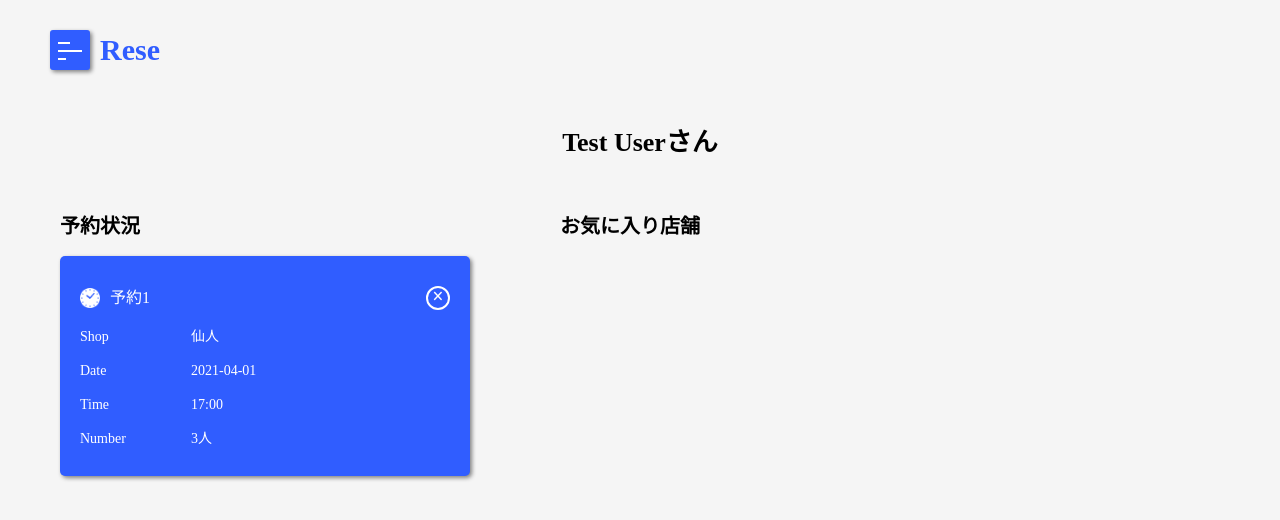
Repository: Haruka-Wada/Rese
Page: http://localhost/mypage
The author's editor kept a copy of each file at every save. The page is drawn from the files as they stood at one save, then again after the next save.
The browser window is 1280 px wide. The pictures show the whole page.
The page is served by the project's Laravel application, run on PHP 8.4 with Laravel 8. A made-up administrator, Test User (test@example.com), is signed in. Queries for data that is not in the repository find no rows.

Above is the page before, as saved 2024-11-06 16:22:52.

After the next save:
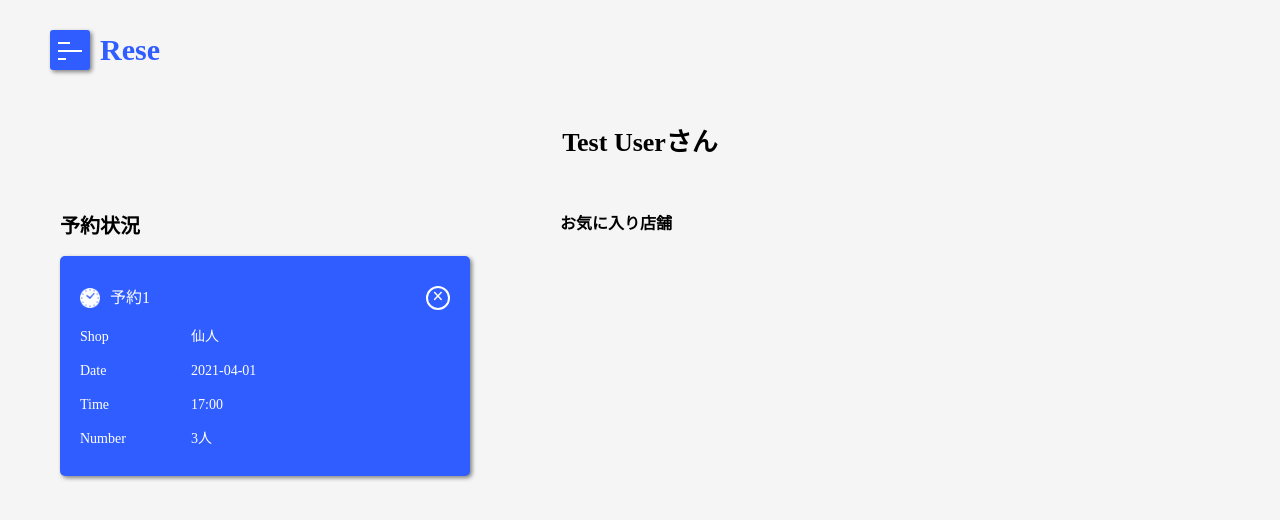
Saved 41 s later.
--- a/src/public/css/my_page.css
+++ b/src/public/css/my_page.css
@@ -96,6 +96,8 @@
     padding: 30px;
 }
 
+.fa
+
 .favorites__container-title {
     font-size: 20px;
 }

After the 2 saves that followed:
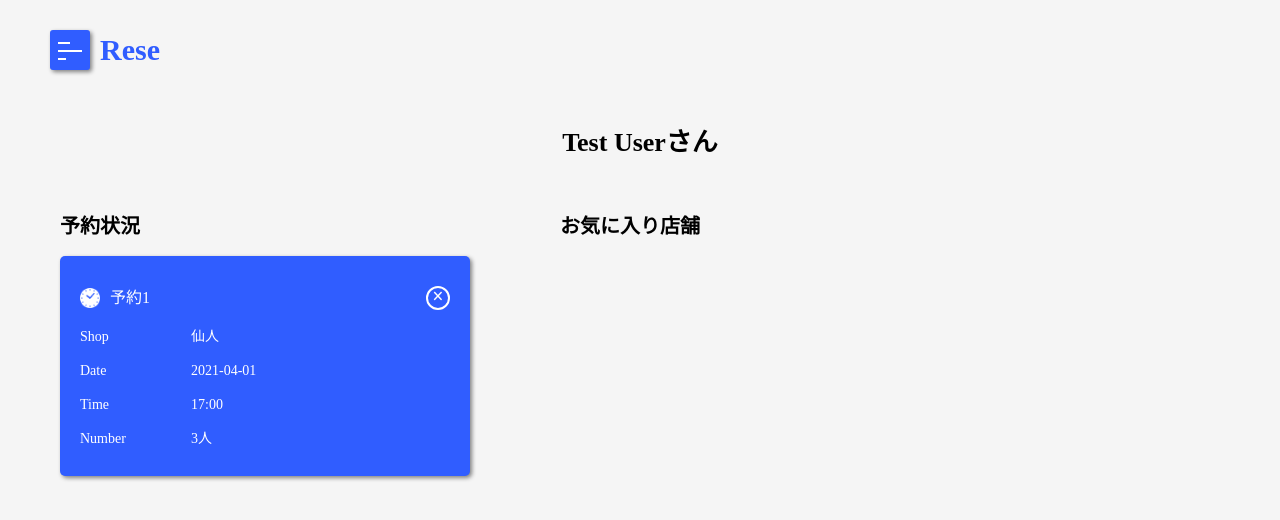
The 2 saves are shown as one change because they came seconds apart.
The last was saved 8 s later.
--- a/src/public/css/my_page.css
+++ b/src/public/css/my_page.css
@@ -96,7 +96,9 @@
     padding: 30px;
 }
 
-.fa
+.favorites__contents {
+    display: flex;
+}
 
 .favorites__container-title {
     font-size: 20px;
